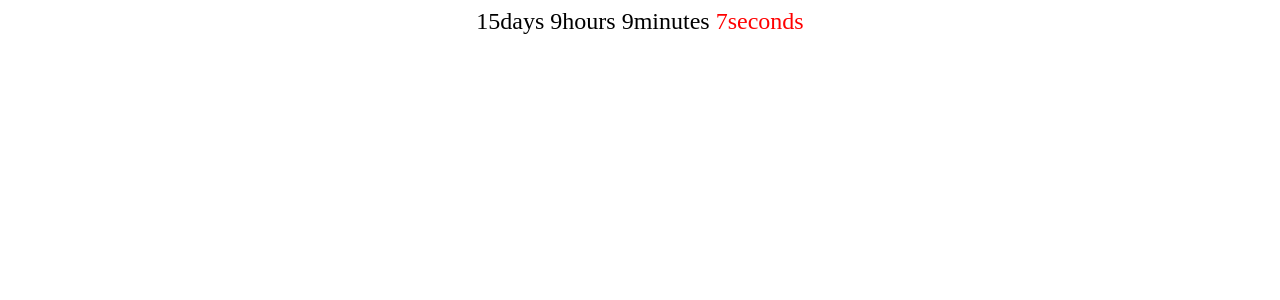
Repository: sinarinzifabrice/Events
Page: index.html
The author's editor kept a copy of each file at every save. The page is drawn from the files as they stood at one save, then again after a run of saves.
The browser window is 1280 px wide. The pictures show the whole page.

Above is the page before, as saved 2024-05-16 09:41:39.

After the next 2 saves:
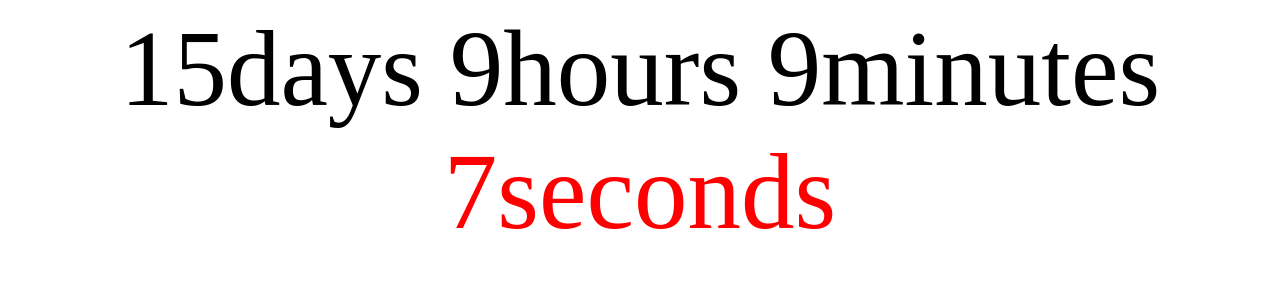
The 2 saves are shown as one change because they came seconds apart.
The last was saved 4 min 27 s later.
--- a/index.html
+++ b/index.html
@@ -6,7 +6,7 @@
   <title>Countdown Timer</title>
   <style>
     #countdown {
-      font-size: 24px;
+      font-size: 107px;
       text-align: center;
     }
     .red {
